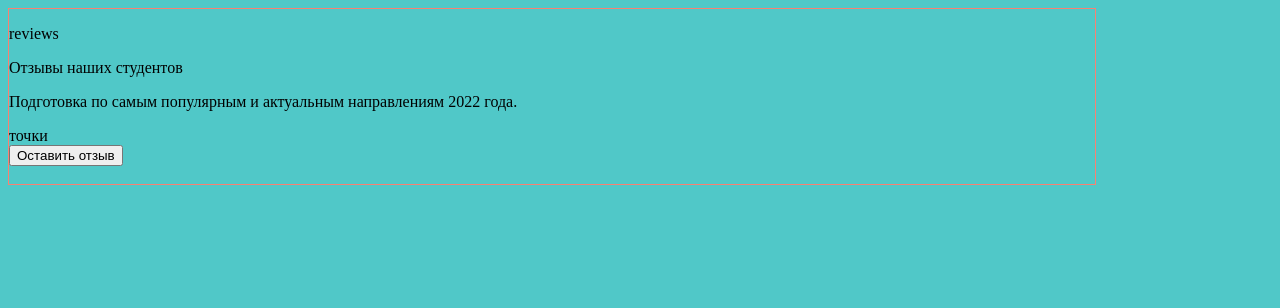
Repository: Malvuna/Studi
Page: index.html
These files come from the project's save history. The page is drawn as it stood at one moment and after a run of saves; the edit follows.
The browser window is 1280 px wide. The pictures show the whole page.

Above is the page before, as saved 2022-07-11 15:55:55.

After the next 2 saves:
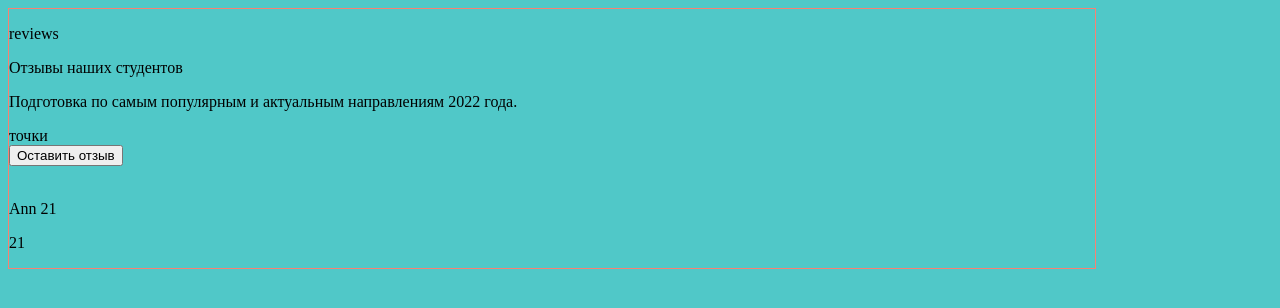
The 2 saves are shown as one change because they came seconds apart.
The last was saved 6 s later.
--- a/javascript/javascript.js
+++ b/javascript/javascript.js
@@ -22,5 +22,5 @@ nameText.innerHTML = "Ann 21 ";
 divOneCard.append(nameText);
 
 let nameAge = document.createElement("p");
-nameAge.innerHTML = "Ann 21 ";
-nameAge.append(nameText);
+nameAge.innerHTML = "21 ";
+divOneCard.append(nameAge);
